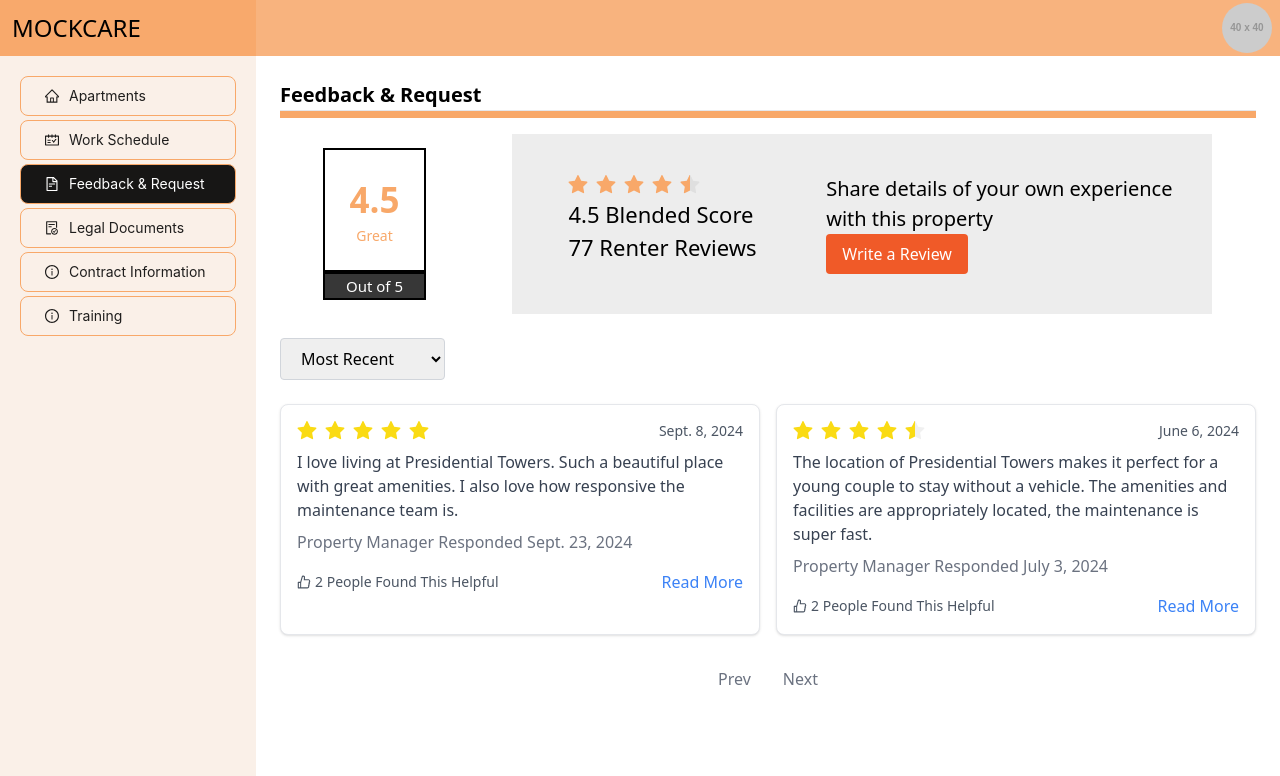
Repository: dunh-real/MockProject_102024_Nhom4
Page: / (app in frontend/)
An editor plug-in stored every save of this project. The page is shown before and after a run of saves, followed by the edit.
The browser window is 1280 px wide. The pictures show the whole page.
The project was rebuilt for these pictures with package versions that can differ from the ones it lists, and the page was loaded fresh each time. Also part of the build but not shown: frontend/vite.config.js, frontend/vite.config.ts, frontend/src/App.css, frontend/src/component/ReviewModal.tsx.

Above is the page before, as saved 2024-10-09 13:29:26.

### frontend/src/App.tsx

import './App.css'
import ReviewList from './pages/Feedback&Request/Feedback&Request'
// import LoginForm from './pages/Login/Login'

function App() {


  return (
    <>
      {/* <LoginForm/> */}
      <ReviewList/>
    </>
  )
}

export default App

### frontend/src/pages/Feedback&Request/Feedback&Request.tsx
import React, { useState } from 'react';
import { Rate } from 'antd'; // Dùng Antd cho Rate, có thể thay thế bằng biểu tượng của Tailwind nếu cần
import { LikeOutlined } from '@ant-design/icons';
import ReviewModal from '../../component/ReviewModal';
import Sidebar from '../../component/Sidebar';

interface Review {
    date: string;
    rating: number;
    text: string;
    managerResponse: string;
    helpfulCount: number;
}

const reviews: Review[] = [
    {
        date: 'Sept. 8, 2024',
        rating: 5,
        text: 'I love living at Presidential Towers. Such a beautiful place with great amenities. I also love how responsive the maintenance team is.',
        managerResponse: 'Property Manager Responded Sept. 23, 2024',
        helpfulCount: 2,
    },
    {
        date: 'June 6, 2024',
        rating: 4.5,
        text: 'The location of Presidential Towers makes it perfect for a young couple to stay without a vehicle. The amenities and facilities are appropriately located, the maintenance is super fast.',
        managerResponse: 'Property Manager Responded July 3, 2024',
        helpfulCount: 2,
    },
];

const ReviewList: React.FC = () => {
    const [showModal, setShowModal] = useState<boolean>(false);
    const [page, setPage] = useState<number>(1);

    const handlePageChange = (page: number) => {
        setPage(page);
    };

    const handleSortChange = (value: string) => {
        console.log(`Sort by: ${value}`);
    };

    return (
        <div className=" min-h-screen  bg-gray-50">
            <div className='flex  bg-[#f8a769d9]  justify-between items-center'>
                <div className=' bg-[#f8a769d9] p-3 w-1/5'>
                    <h1 className='text-2xl'>MOCKCARE</h1>
                </div>
                <div className="flex  justify-end">
                    <img
                        src="https://via.placeholder.com/40"
                        alt="Avatar"
                        className="rounded-full w-[50px] h-[50px] mr-2"
                    />
                </div>
            </div>
            <div className="flex">
                <Sidebar />
                <div className="w-4/5 p-6 bg-white">
                    <div className='mb-4'>
                        <h2 className='text-[20px] font-bold'>Feedback & Request</h2>
                        <hr className='h-[8px] bg-[#F8A869]' />
                    </div>
                    <div className="flex  justify-around items-center mb-6">
                        <div className="flex flex-col   items-center">
                            <div className=" text-center text-[#F8A869] border-black border-2  p-6 ">
                                <div className=''>
                                    <p className="text-[35px] font-bold">4.5</p>
                                    <p className="text-sm text-[27px]">Great</p>
                                </div>

                            </div>
                            <div className="text-xs w-full border-black border-2 bg-[#000000c8]">
                                <p className='text-white p-1 text-[15px] text-center'>Out of 5</p>
                            </div>
                        </div>
                        <div className='bg-[#d9d9d97b] flex justify-between'
                         style={{ width: '100%', maxWidth: '700px', padding:40}}
                        >
                            <div className="ml-4 ">
                                <Rate allowHalf defaultValue={4.5} disabled style={{color:'#F8A869'}} />
                                <div className="text-[#000000] text-[22px]">4.5 Blended Score</div>
                                <div className="text-[#000000] font-extralight text-[22px]">77 Renter Reviews</div>
                            </div>
                            <div className=''>
                                <p className='text-[#000000] font-extralight text-[20px]'>Share details of your own experience <br/>
                                with this property</p>
                                <button
                                    onClick={() => setShowModal(true)}
                                    className="bg-[#f05a28] text-white px-4 py-2 rounded hover:bg-[#ff6a38] hover:text-black "
                                >
                                    Write a Review
                                </button>
                            </div>
                        </div>
                    </div>
                    <div className="mb-6 flex justify-between">
                        <select
                            onChange={(e) => handleSortChange(e.target.value)}
                            className="border border-gray-300 rounded px-4 py-2"
                        >
                            <option value="recent">Most Recent</option>
                            <option value="highest">Highest Rating</option>
                            <option value="lowest">Lowest Rating</option>
                        </select>
                    </div>
                    <div className="grid grid-cols-1 md:grid-cols-2 gap-4">
                        {reviews.slice((page - 1) * 2, page * 2).map((review, index) => (
                            <div key={index} className="p-4 border border-gray-200 rounded-lg bg-white shadow">
                                <div className="flex justify-between items-center mb-2">
                                    <Rate allowHalf defaultValue={review.rating} disabled />
                                    <span className="text-sm text-gray-600">{review.date}</span>
                                </div>
                                <p className="text-gray-700">{review.text}</p>
                                <p className="text-gray-500 mt-2">{review.managerResponse}</p>
                                <div className="flex justify-between items-center mt-4">
                                    <div className="flex items-center text-sm text-gray-600">
                                        <LikeOutlined className="mr-1" />
                                        {review.helpfulCount} People Found This Helpful
                                    </div>
                                    <button className="text-blue-500">Read More</button>
                                </div>
                            </div>
                        ))}
                    </div>
                    <div className="flex justify-center mt-6">
                        <button
                            onClick={() => handlePageChange(page - 1)}
                            className="px-4 py-2 text-gray-500"
                            disabled={page === 1}
                        >
                            Prev
                        </button>
                        <button
                            onClick={() => handlePageChange(page + 1)}
                            className="px-4 py-2 text-gray-500"
                        >
                            Next
                        </button>
                    </div>
                </div>
            </div>
            {showModal && <ReviewModal setShowModal={setShowModal} />}
        </div>
    );
};

export default ReviewList;

### frontend/src/component/Sidebar.tsx
import { Menu } from 'antd';
import { HomeOutlined, ScheduleOutlined, FileTextOutlined, FileDoneOutlined, InfoCircleOutlined } from '@ant-design/icons';

const Sidebar = () => {
  return (
    <div style={{ width: '20%', minHeight: '100vh', backgroundColor: '#FAF0E8', padding: '1rem' }}>
      <Menu
        defaultSelectedKeys={['feedback']}
        mode="inline"
        style={{ backgroundColor: '#FAF0E8', borderRight: 0 }}
      >
        <Menu.Item
          key="apartments"
          icon={<HomeOutlined />}
          style={{
            padding: '12px 24px',
            border:1, borderStyle:'solid', borderColor:'#F8A869'
          }}
        >
          Apartments
        </Menu.Item>
        <Menu.Item
          key="schedule"
          icon={<ScheduleOutlined />}
          style={{
            padding: '12px 24px',
            border:1, borderStyle:'solid', borderColor:'#F8A869'
          }}
        >
          Work Schedule
        </Menu.Item>
        <Menu.Item
          key="feedback"
          icon={<FileTextOutlined />}
          style={{
            backgroundColor: '#171615',
            color: 'white',
            padding: '12px 24px',
            border:1, borderStyle:'solid', borderColor:'#F8A869'
          }}
        >
          Feedback & Request
        </Menu.Item>
        <Menu.Item
          key="legal"
          icon={<FileDoneOutlined />}
          style={{
            padding: '12px 24px',
            border:1, borderStyle:'solid', borderColor:'#F8A869'
          }}
        >
          Legal Documents
        </Menu.Item>
        <Menu.Item
          key="contract"
          icon={<InfoCircleOutlined />}
          style={{
            padding: '12px 24px',
            border:1, borderStyle:'solid', borderColor:'#F8A869'
          }}
        >
          Contract Information
        </Menu.Item>
        <Menu.Item
          key="training"
          icon={<InfoCircleOutlined />}
          style={{
            padding: '12px 24px',
            border: 1, borderStyle: 'solid', borderColor: '#F8A869'
          }}
        >
          Training
        </Menu.Item>
      </Menu>
    </div>
  );
};

export default Sidebar;

Loaded but not shown: frontend/index.html (common file); frontend/src/main.jsx (common file); frontend/src/index.css (common file); frontend/tailwind.config.js (common file)

After the next 2 saves:
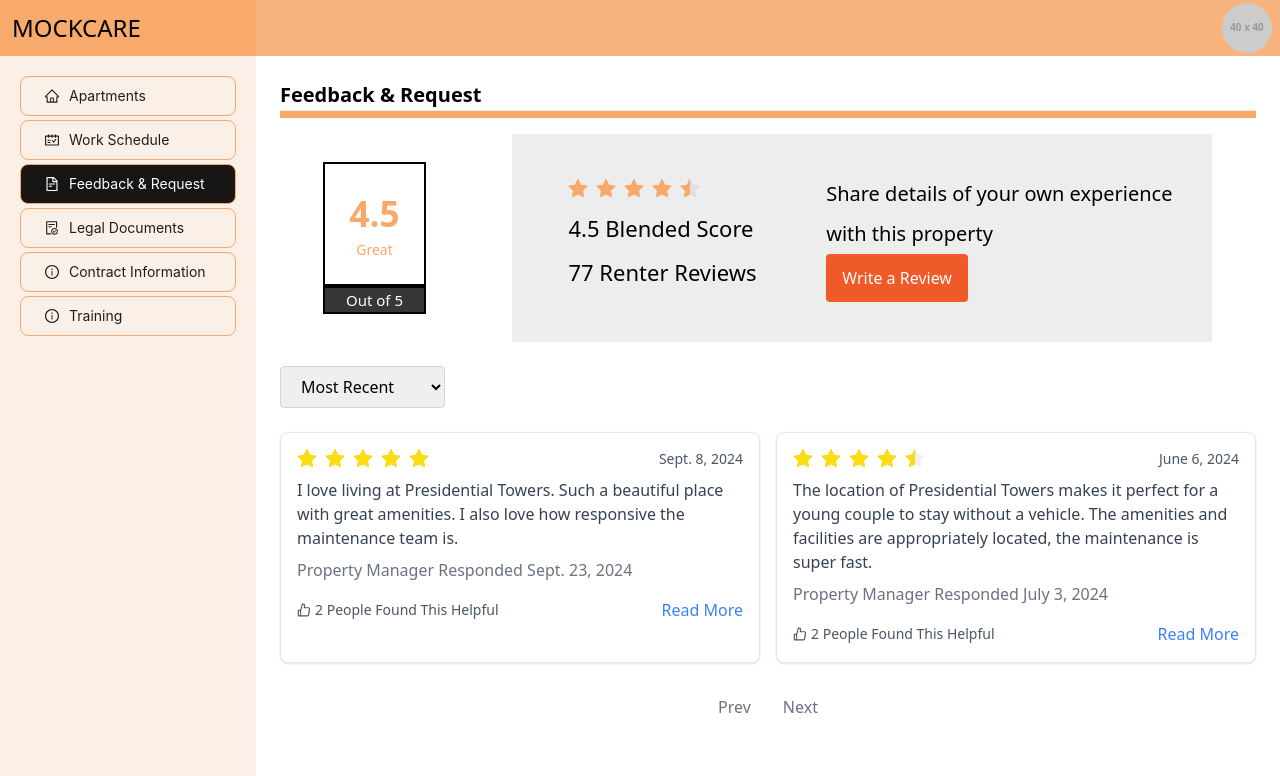
The 2 saves are shown as one change because they came seconds apart.
The last was saved 46 s later.
--- a/frontend/src/pages/Feedback&Request/Feedback&Request.tsx
+++ b/frontend/src/pages/Feedback&Request/Feedback&Request.tsx
@@ -76,7 +76,7 @@ const ReviewList: React.FC = () => {
                             </div>
                         </div>
                         <div className='bg-[#d9d9d97b] flex justify-between'
-                         style={{ width: '100%', maxWidth: '700px', padding:40}}
+                         style={{ width: '100%', maxWidth: '700px', padding:40, lineHeight:2}}
                         >
                             <div className="ml-4 ">
                                 <Rate allowHalf defaultValue={4.5} disabled style={{color:'#F8A869'}} />
